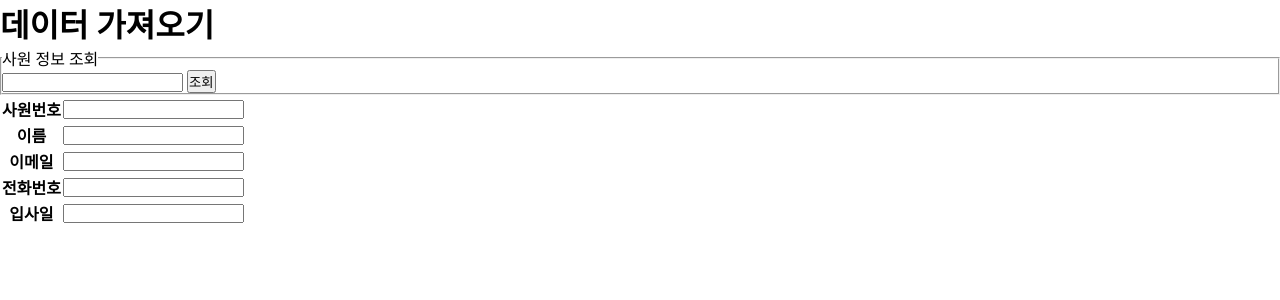
Repository: lafayetteey/WorkSpace_JQ_Ajax
Page: workspace_jq_Ajax/UI_JQ_Ajax/WebContent/jq21_ajax.html
The author's editor kept a copy of each file at every save. The page is drawn from the files as they stood at one save, then again after the next save.
The browser window is 1280 px wide. The pictures show the whole page.

Above is the page before, as saved 2020-06-22 09:50:17.

After the next save:
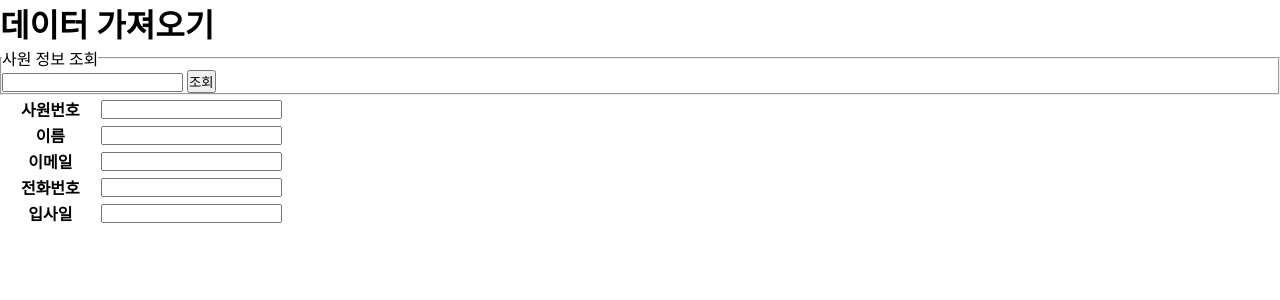
Saved 10 s later.
--- a/workspace_jq_Ajax/UI_JQ_Ajax/WebContent/jq21_ajax.html
+++ b/workspace_jq_Ajax/UI_JQ_Ajax/WebContent/jq21_ajax.html
@@ -5,6 +5,7 @@
 <title>Insert title here</title>
 <style type="text/css">
 	*{margin:0px; padding: 0px;}
+	table{width: 400px;}
 </style>
 </head>
 <body>
